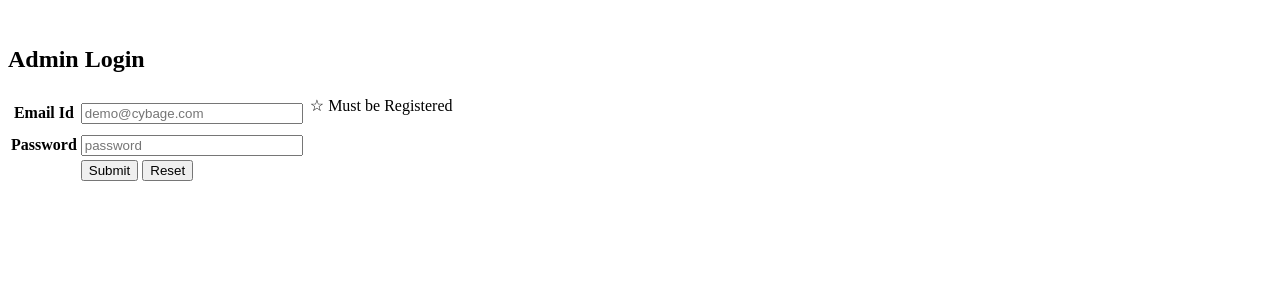
Repository: Dipak27/Dipak-s-front-end
Page: http://localhost/Traning_Management/login.jsp
The author's editor kept a copy of each file at every save. The page is drawn from the files as they stood at one save, then again after the next save.
The browser window is 1280 px wide. The pictures show the whole page.
The page is served by Tomcat 9.

Above is the page before, as saved 2016-11-09 10:11:57.

After the next save:
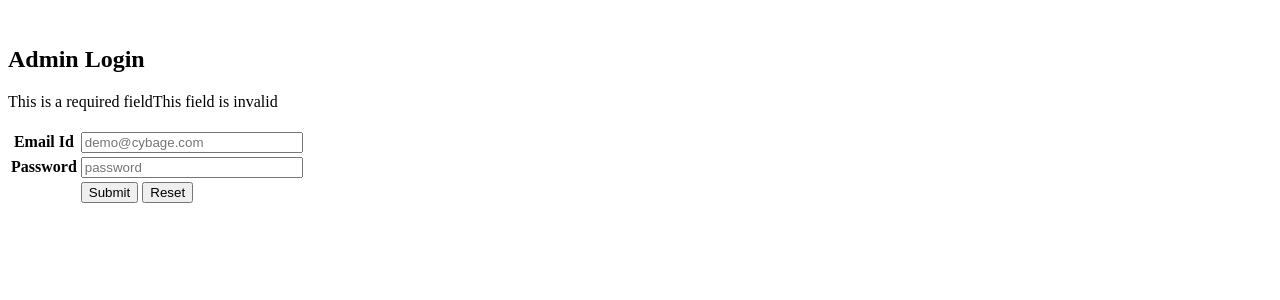
Saved 2 min 48 s later.
--- a/Training Management Project/Traning_Management/src/main/webapp/login.jsp
+++ b/Training Management Project/Traning_Management/src/main/webapp/login.jsp
@@ -22,9 +22,9 @@
 											<td>
 												<input id="email" type="text"  class="validate[required]" name="email" style="width:120%" placeholder="demo@cybage.com" value="" ng-model="ctrl.admin.email"  />
 											</td>
-											<td>
-													<ul class="news-ticker1"><span class="icon">&#9734;</span> Must be Registered</ul>
-											</td>
+											<span ng-show="adminForm.$dirty && adminForm.email.$error.required">This is a required field</span>
+              								<span ng-show="adminForm.$dirty && adminForm.email.$invalid">This field is invalid </span><br/><br/>
+
 
 										</tr>
 
